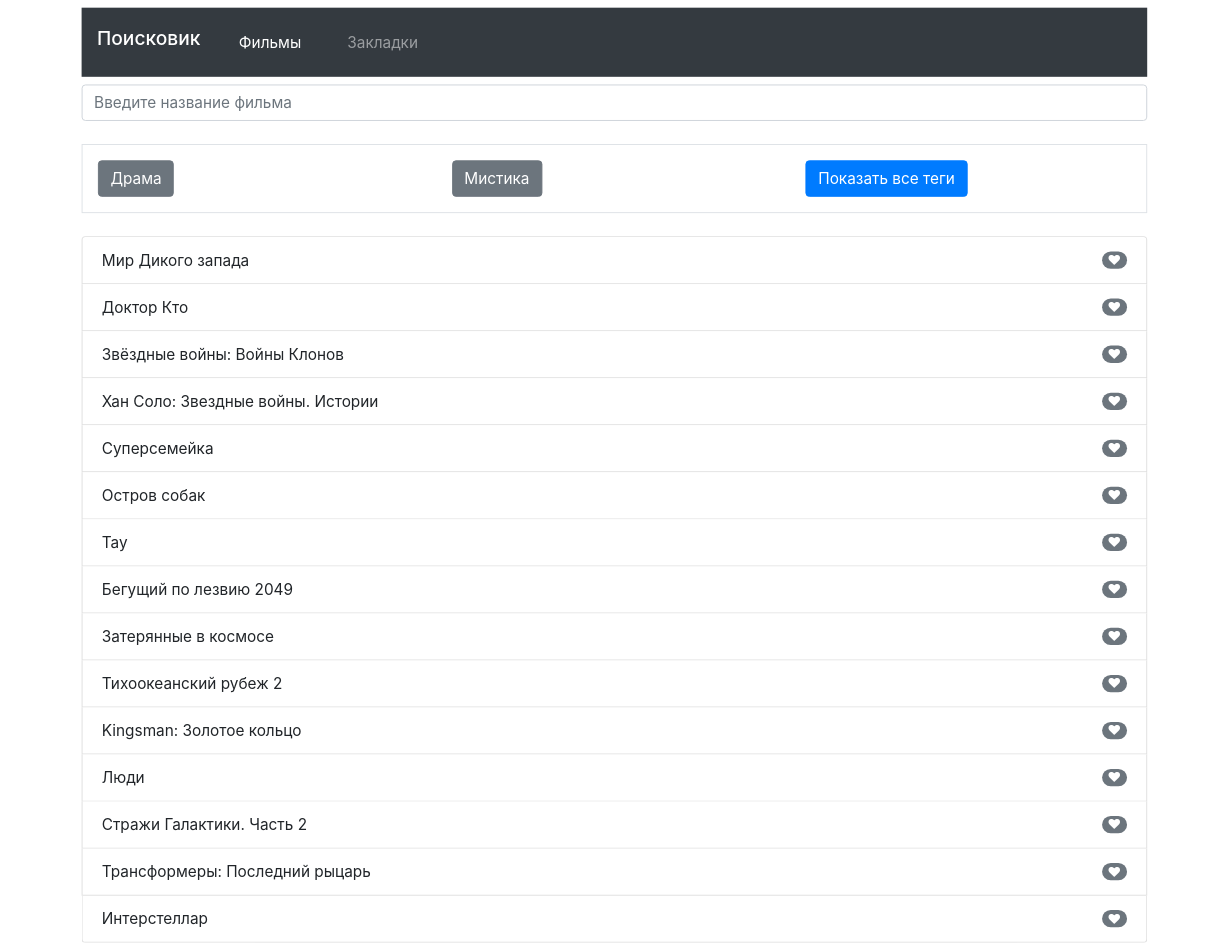
Repository: naranovnarn/search_films_reactJS
Page: /
The author's editor kept a copy of each file at every save. The page is drawn from the files as they stood at one save, then again after the next save.
The browser window is 1280 px wide. The pictures show the whole page, at 96% of full size.
The project was rebuilt for these pictures with package versions that can differ from the ones it lists, and the page was loaded fresh each time. Also part of the build but not shown: src/components/films-list/films-item.css, src/components/tages/all-tages.js, src/pages/favorites.js.

Above is the page before, as saved 2020-03-27 23:07:48.

After the next save:
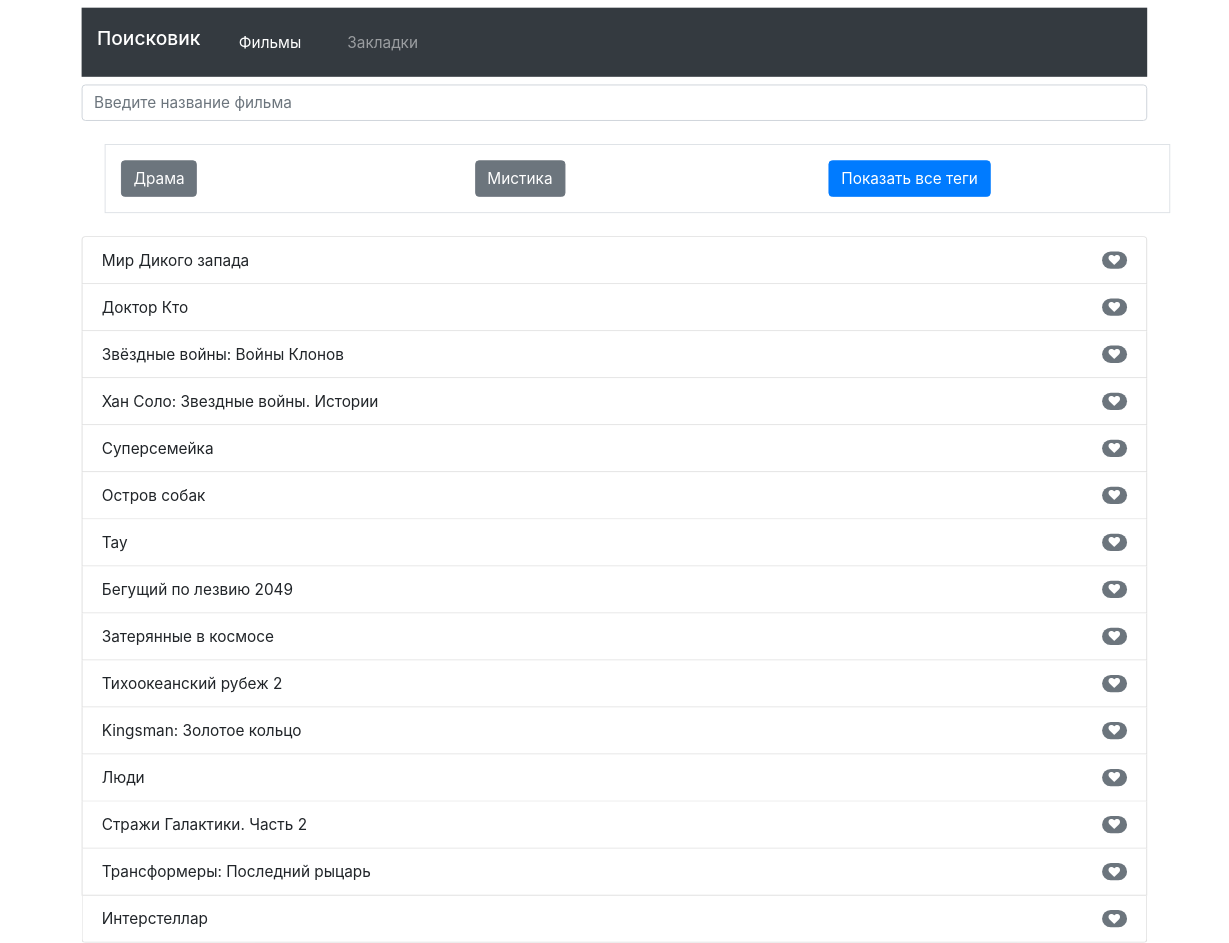
Saved 21 s later.
--- a/src/components/tages/tages.js
+++ b/src/components/tages/tages.js
@@ -10,7 +10,7 @@
   const {toogleOpen} = state;
 
   return (
-    <div className="container mt-4 mb-4 p-3 border border-gray">
+    <div className="container m-4 p-3 border border-gray">
       {!toogleOpen? <TageList /> : null}
       {toogleOpen? <AllTages /> : null }
     </div>

After the save that followed:
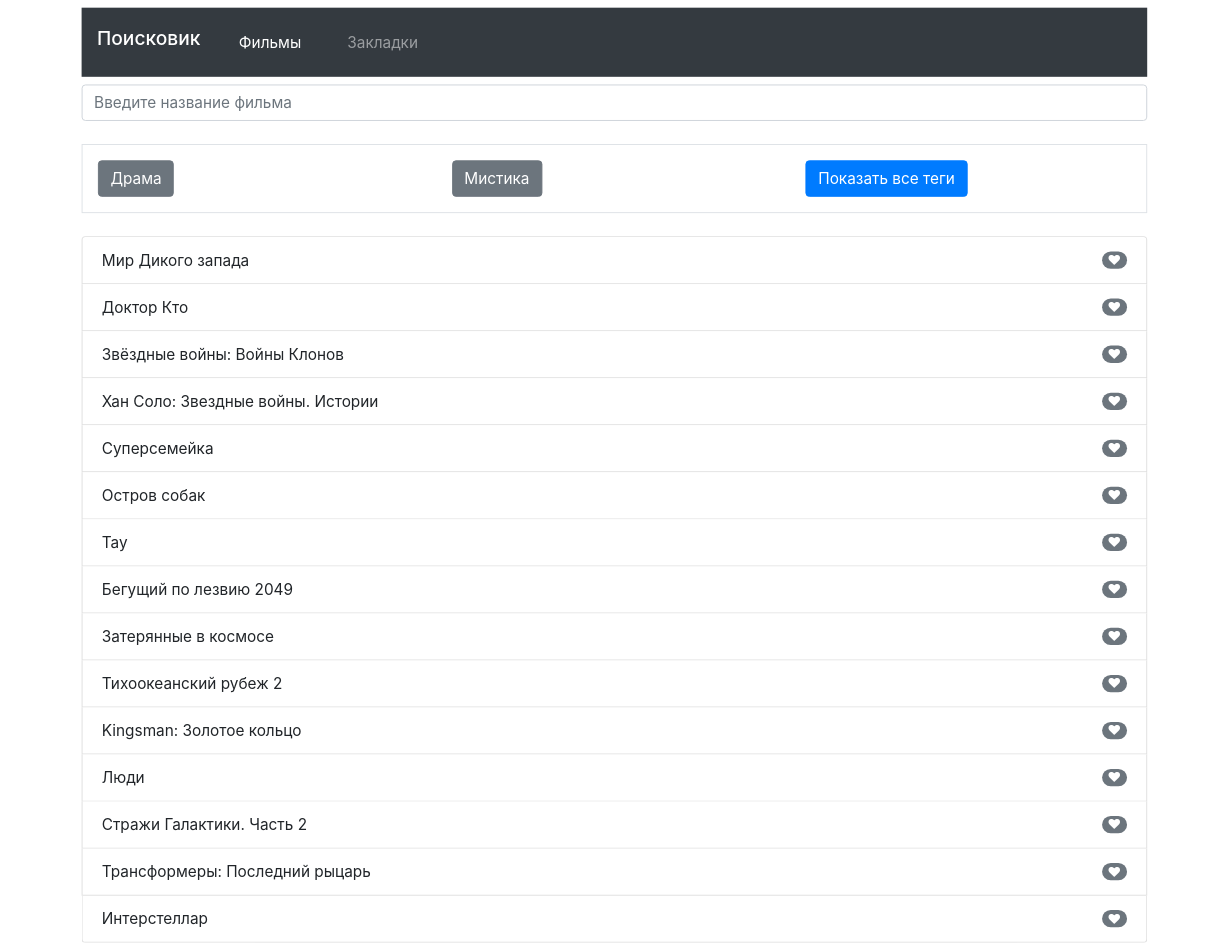
Saved 8 s later.
--- a/src/components/tages/tages.js
+++ b/src/components/tages/tages.js
@@ -10,7 +10,7 @@
   const {toogleOpen} = state;
 
   return (
-    <div className="container m-4 p-3 border border-gray">
+    <div className="container mt-4 mb-4 p-3 border border-gray">
       {!toogleOpen? <TageList /> : null}
       {toogleOpen? <AllTages /> : null }
     </div>
